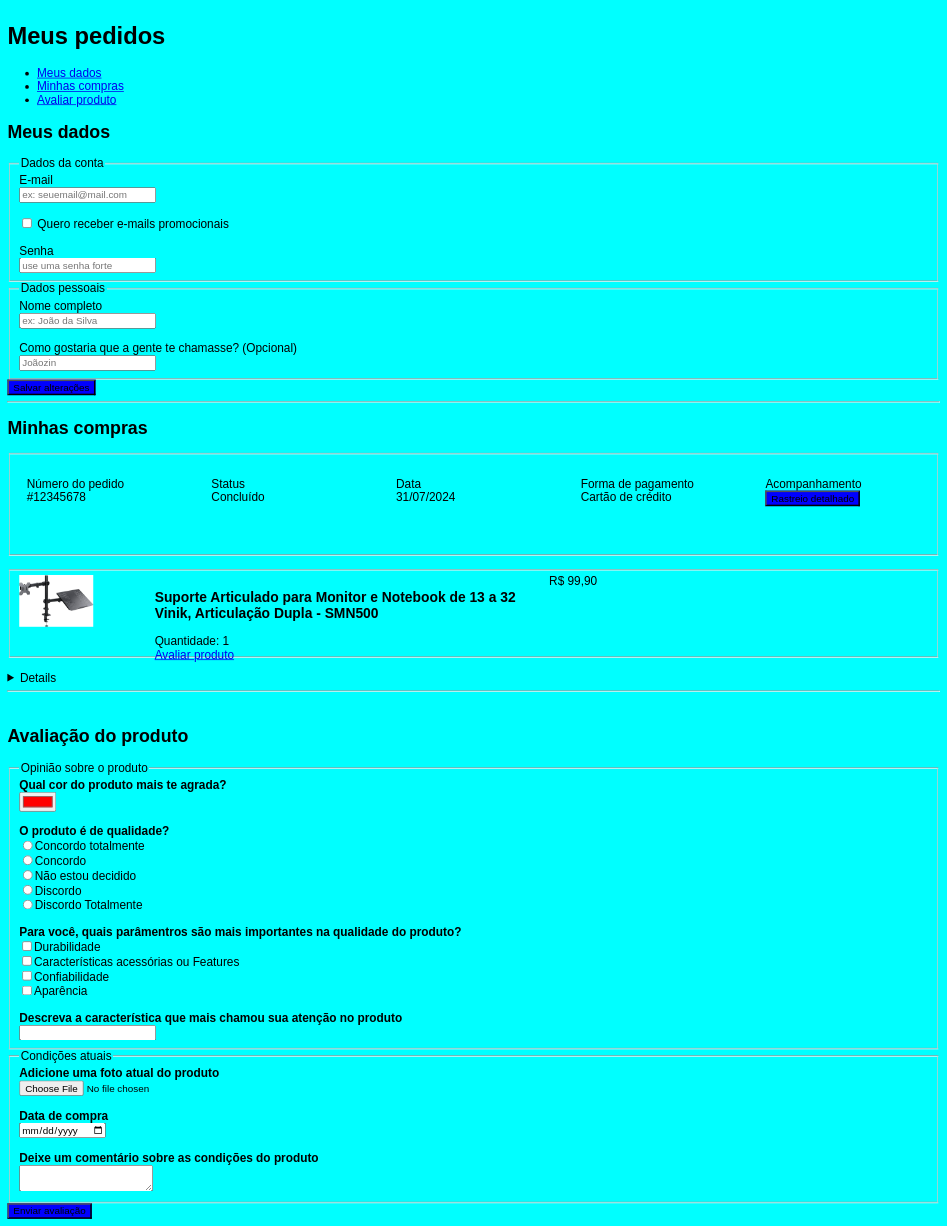
Repository: claudemir-camargo/site-compras
Page: index.html
These files come from the project's save history. The page is drawn as it stood at one moment and after the next save; the edit follows.
The browser window is 1280 px wide. The pictures show the whole page, at 74% of full size.

Above is the page before, as saved 2024-03-04 01:24:38.

### index.html
<!DOCTYPE html>
<html lang="en">

<head>
    <meta charset="UTF-8">
    <meta name="viewport" content="width=device-width, initial-scale=1.0">
    <link rel="stylesheet" type="text/css" href="css/style.css" />
    <title>Site de Compras</title>
</head>

<body>
    <h1>Meus pedidos</h1>
    <ul>
        <li><a href="#meus-dados">Meus dados</a></li>
        <li><a href="#minhas-compras">Minhas compras</a></li>
        <li><a href="#avaliacao-produto">Avaliar produto</a></li>
    </ul>
    <h2 id="meus-dados">Meus dados</h2>
    <!-- Conta -->
    <fieldset>
        <legend>Dados da conta</legend>
        <form>
            <label>E-mail</label><br>
            <input type="email" id="email" name="email" placeholder="ex: seuemail@mail.com"><br><br>
            <input type="checkbox">
            <label>Quero receber e-mails promocionais</label><br><br>
            <label>Senha</label><br>
            <input type="password" placeholder="use uma senha forte">
        </form>
    </fieldset>
    <!-- Pessoais -->
    <fieldset>
        <legend>Dados pessoais</legend>
        <form>
            <label>Nome completo</label><br>
            <input type="text" placeholder="ex: João da Silva"><br><br>
            <label>Como gostaria que a gente te chamasse? (Opcional) </label><br>
            <input type="text" placeholder="Joãozin">
        </form>
    </fieldset>
    <button type="button">Salvar alterações</button>
    <hr>
    <!-- Minhas compras -->
    <h2 id="minhas-compras">Minhas compras</h2>
    <fieldset>
        <div class="container">
            <div id="div1">
                <p>Número do pedido<br>#12345678</p>
            </div>
            <div id="div2">
                <p>Status<br>Concluído</p>
            </div>
            <div id="div3">
                <p>Data<br>31/07/2024</p>
            </div>
            <div id="div4">
                <p>Forma de pagamento<br>Cartão de crédito</p>
            </div>
            <div id="div5">
                <p>Acompanhamento<br><a href="#rastreioModal"><button>Rastreio detalhado</button></a></p>
            </div>
        </div>
    </fieldset>
    <div id="rastreioModal" class="modal">
        <h2>Rastreio detalhado</h2>
        <p>Seu pedido foi entregue com sucesso!<br>
            Entregue por: GFL<br>
            Código de rasteeio: 123456789<br>
            Entregue em: 31/07/2024<br>
        </p>
        <a href="#">Fechar</a>
    </div>

    <!-- Produto -->
    <br>
    <fieldset>
        <div class="container1">
            <div class="imagem"><img src="img/suporte.jpg" alt="Suporte"></div>
        <div class="produto">
            <h3>
                <p>Suporte Articulado para Monitor e Notebook de 13 a 32 Vinik,
                    Articulação Dupla - SMN500</p>
            </h3>
            Quantidade: 1<br>
            <a href="#avaliacao-produto">Avaliar produto</a><br>
        </div>
        <div class="preco">R$ 99,90</div>
        </div>
    </fieldset>
    <br>
    <details tag="Detalhes de Envio e Pagamento">
        <p></p>
        <strong>Endereço de entrega</strong><br>
        Avenida Estelita Falcão<br>
        Número 12, Centro<br>
        CEP 48170-970 - Itapetininga/São Paulo
        <br><br>
        <strong>Forma de Pagamento</strong><br>
        Cartão de crédito<br>
        Master Card **** **** **** 1234<br>
        Titular: Claudemir Camargo
        <br><br>
        <strong>Frete</strong>
        R$ 15,50<br>
        Enviado por GFL<br>
        Entregue
    </details>
    <hr>
    <br>
    <form>
        <h2 id="avaliacao-produto">Avaliação do produto</h2>
        <fieldset>
            <legend>Opinião sobre o produto</legend>
            <label><strong>Qual cor do produto mais te agrada?</strong></label><br>
            <input type="color" value="#ff0000"><br><br>
            <label><strong>O produto é de qualidade?</strong></label><br>
            <input type="radio" name="qualidade"><label>Concordo totalmente</label><br>
            <input type="radio" name="qualidade"><label>Concordo</label><br>
            <input type="radio" name="qualidade"><label>Não estou decidido</label><br>
            <input type="radio" name="qualidade"><label></label>Discordo</label><br>
            <input type="radio" name="qualidade"><label></label>Discordo Totalmente</label>
            <br><br>
            <label><strong>Para você, quais parâmentros são mais importantes na qualidade do
                    produto?</strong></label><br>
            <input type="checkbox"><label>Durabilidade</label><br>
            <input type="checkbox"><label>Características acessórias ou Features</label><br>
            <input type="checkbox"><label>Confiabilidade</label><br>
            <input type="checkbox"><label>Aparência</label>
            <br><br>
            <label><strong>Descreva a característica que mais chamou sua atenção no produto</strong></label><br>
            <input list="browsers" name="browser" id="browser">
            <datalist id="browsers">
                <option value="Cor">
                <option value="Tamanho">
                <option value="Peso">
                <option value="Material">
            </datalist>
        </fieldset>
        <fieldset>
            <legend>Condições atuais</legend>
            <label><strong>Adicione uma foto atual do produto</strong></label><br>
            <input type="file">
            <br><br>
            <label><strong>Data de compra</strong></label><br>
            <input type="date">
            <br><br>
            <label><strong>Deixe um comentário sobre as condições do produto</strong></label><br>
            <textarea name="comentario"></textarea>
        </fieldset>
        <button type="button">Enviar avaliação</button>
    </form>
</body>

</html>

### css/style.css
* {
    font-family: Arial, Helvetica, sans-serif;
}

img {
    height: 70px;
    width: 100px;
}

body{
    margin: 5px;
    padding: 5px;
    background-color:aqua
}

button {
    background-color:blue;
}

.container {
    display: flex;
    gap: 20px;
}

#div1, #div2, #div3, #div4, #div5 {
    flex: 1;
    width: 100px;
    height: 100px;
    display: inline-block;
    padding: 10px;
}

.container1 {
    display: flex;
    gap: 33px;
}

#imagem, #produto, #preco {
    flex: 1;
   /* width: 100px;
    height: 100px;*/
    display: inline-block;
    padding: 10px;
}

.imagem {
    width: 150px;
    height: 100px;
    display: inline-block;
}

.produto {
    width: 500px;
    height: 100px;
    display: inline-block;
}

.modal {
    display: none;
    position: fixed;
    top: 50%;
    left: 50%;
    transform: translate(-50%, -50%);
    background-color: #f9f9f9;
    padding: 20px;
    border: 1px solid #ccc;
    box-shadow: 0 2px 10px rgba(0, 0, 0, 0.1);
    z-index: 1000;
}

.modal:target {
    display: block;
}

After the next save:
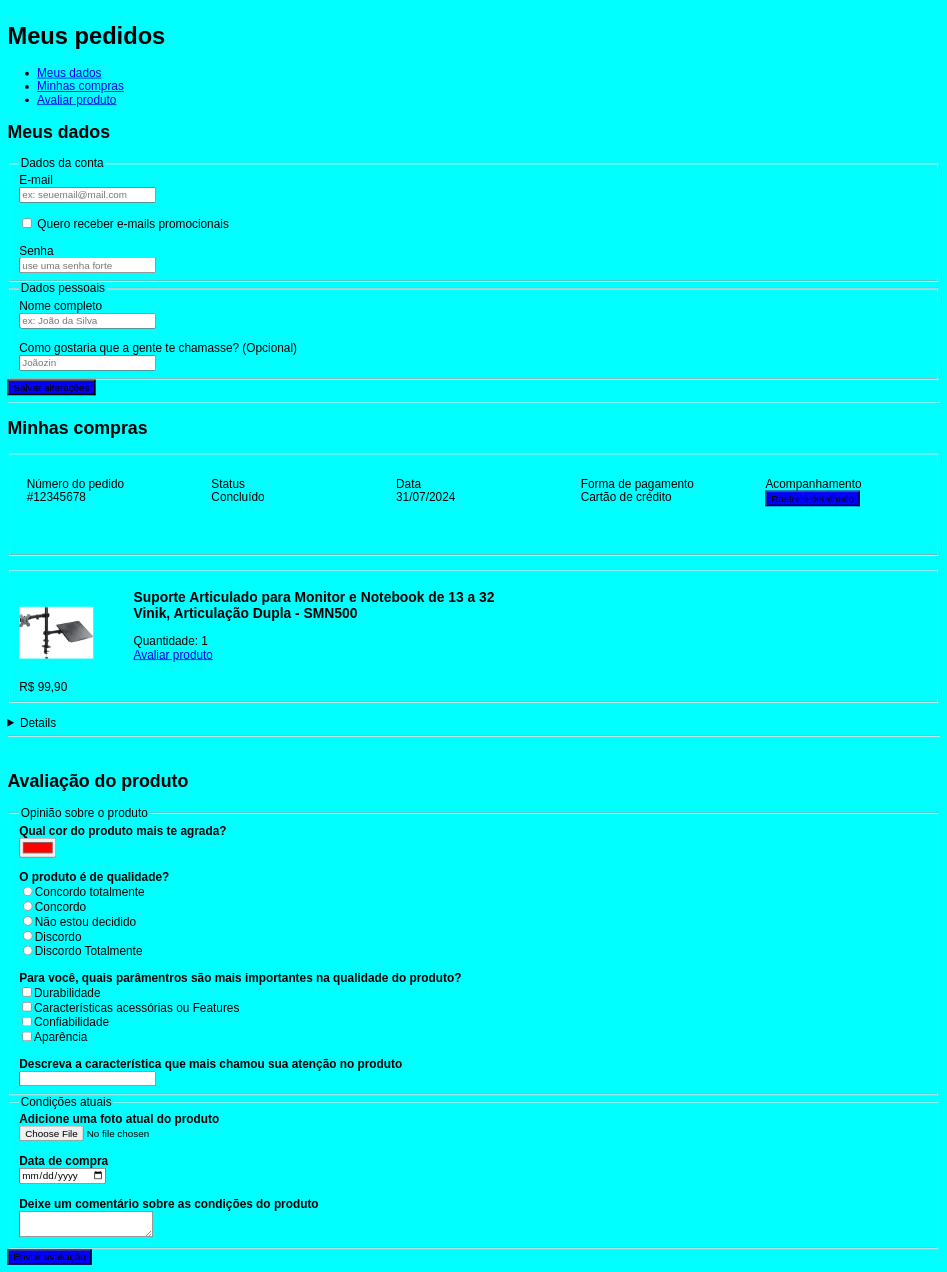
Saved 5 days later.
--- a/css/style.css
+++ b/css/style.css
@@ -31,7 +31,7 @@ button {
 }
 
 .container1 {
-    display: flex;
+    display: inline-block;
     gap: 33px;
 }
 
